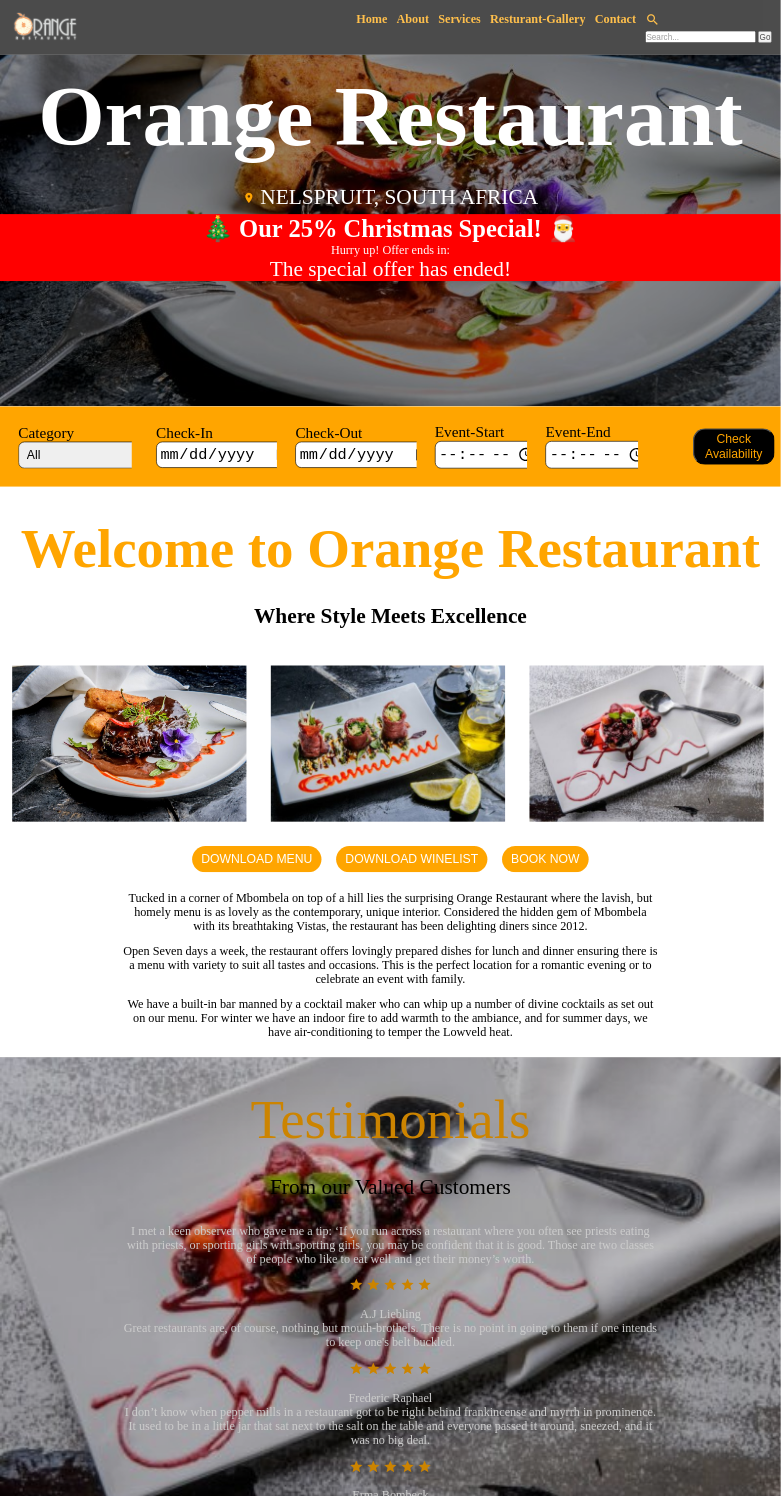
Repository: KaraboM20/KaraboUpdatedProjectOrang-Rest
Page: index.html
These files come from the project's save history. The page is drawn as it stood at one moment and after a run of saves; the edit follows.
The browser window is 1280 px wide. The pictures show the whole page, at 61% of full size.
An inner scrolling area shows only its first screen.

Above is the page before, as saved 2025-01-31 13:44:42.

After the next 3 saves:
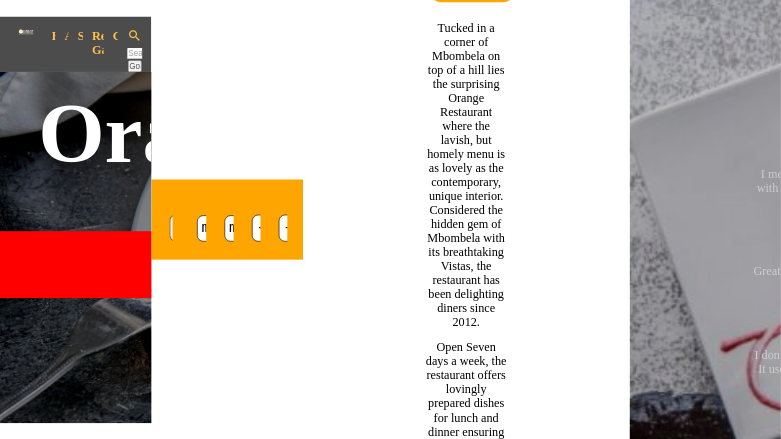
The 3 saves are shown as one change because they came seconds apart.
The last was saved 22 s later.
--- a/style.css
+++ b/style.css
@@ -4,6 +4,15 @@
     overflow-x: hidden;
     box-sizing: border-box;
 
+}
+
+.container {
+    width: 100vw;  /* 100% of the viewport width */
+    height: 100vh; /* 100% of the viewport height */
+    display: flex;
+    justify-content: center; /* Centers content horizontally */
+    align-items: center; /* Centers content vertically */
+    text-align: center;
 }
 
 .nav-section {

After the 3 saves that followed:
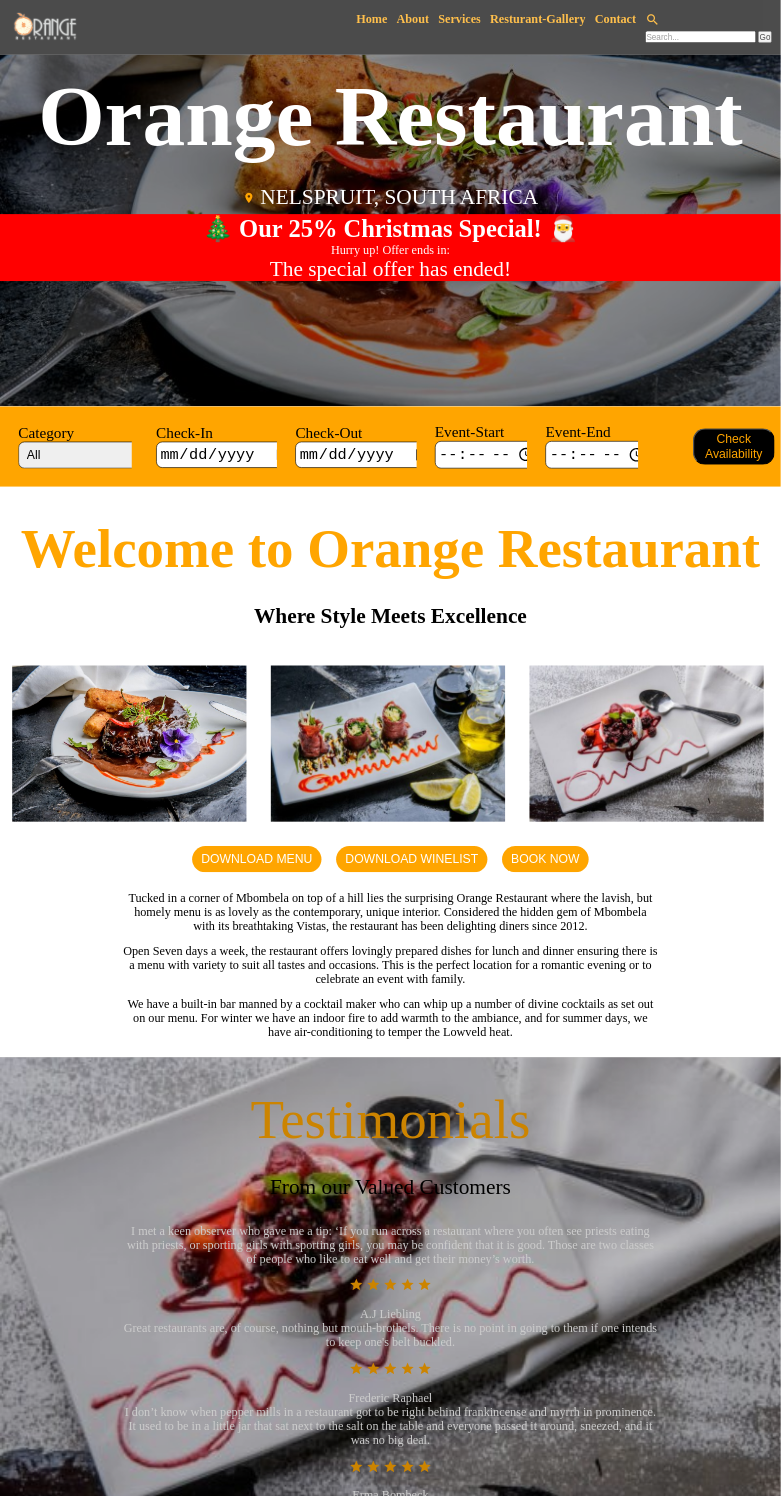
The 3 saves are shown as one change because they came seconds apart.
The last was saved 27 s later.
--- a/style.css
+++ b/style.css
@@ -4,15 +4,6 @@
     overflow-x: hidden;
     box-sizing: border-box;
 
-}
-
-.container {
-    width: 100vw;  /* 100% of the viewport width */
-    height: 100vh; /* 100% of the viewport height */
-    display: flex;
-    justify-content: center; /* Centers content horizontally */
-    align-items: center; /* Centers content vertically */
-    text-align: center;
 }
 
 .nav-section {
